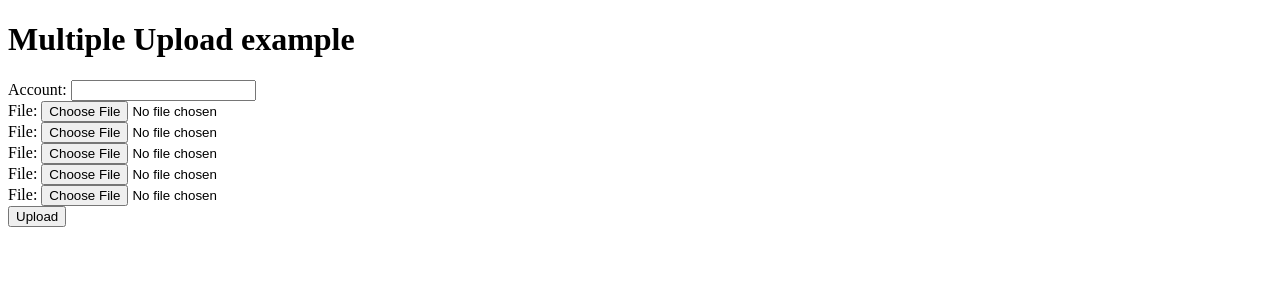
Repository: fgh64hfhk/webworkspace
Page: eeit82_web/src/main/webapp/web09.html
The author's editor kept a copy of each file at every save. The page is drawn from the files as they stood at one save, then again after the next save.
The browser window is 1280 px wide. The pictures show the whole page.

Above is the page before, as saved 2024-05-13 07:00:06.

### eeit82_web/src/main/webapp/web09.html
<!DOCTYPE html>
<html>
<head>
<meta charset="UTF-8">
<title>Web09 page</title>
</head>
<body>
	<h1>Multiple Upload example</h1>
	<form action="Servlet09"
		  method="post"
		  enctype="multipart/form-data">
		Account:
		<input name="account">
		<br />
		File:
		<input type="file" name="upload" /><br />
		File:
		<input type="file" name="upload" /><br />
		File:
		<input type="file" name="upload" /><br />
		File:
		<input type="file" name="upload" /><br />
		File:
		<input type="file" name="upload" /><br />
		<input type="submit" value="Upload">
	</form>
</body>
</html>

After the next save:
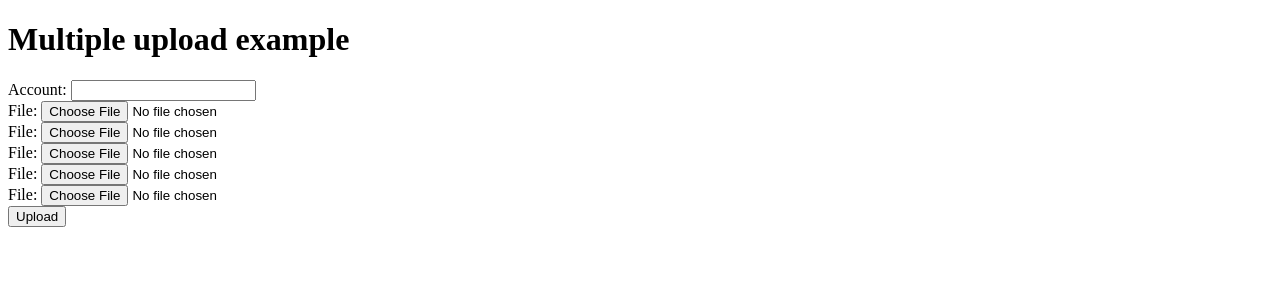
Saved 13 s later.
--- a/eeit82_web/src/main/webapp/web09.html
+++ b/eeit82_web/src/main/webapp/web09.html
@@ -5,7 +5,7 @@
 <title>Web09 page</title>
 </head>
 <body>
-	<h1>Multiple Upload example</h1>
+	<h1>Multiple upload example</h1>
 	<form action="Servlet09"
 		  method="post"
 		  enctype="multipart/form-data">
